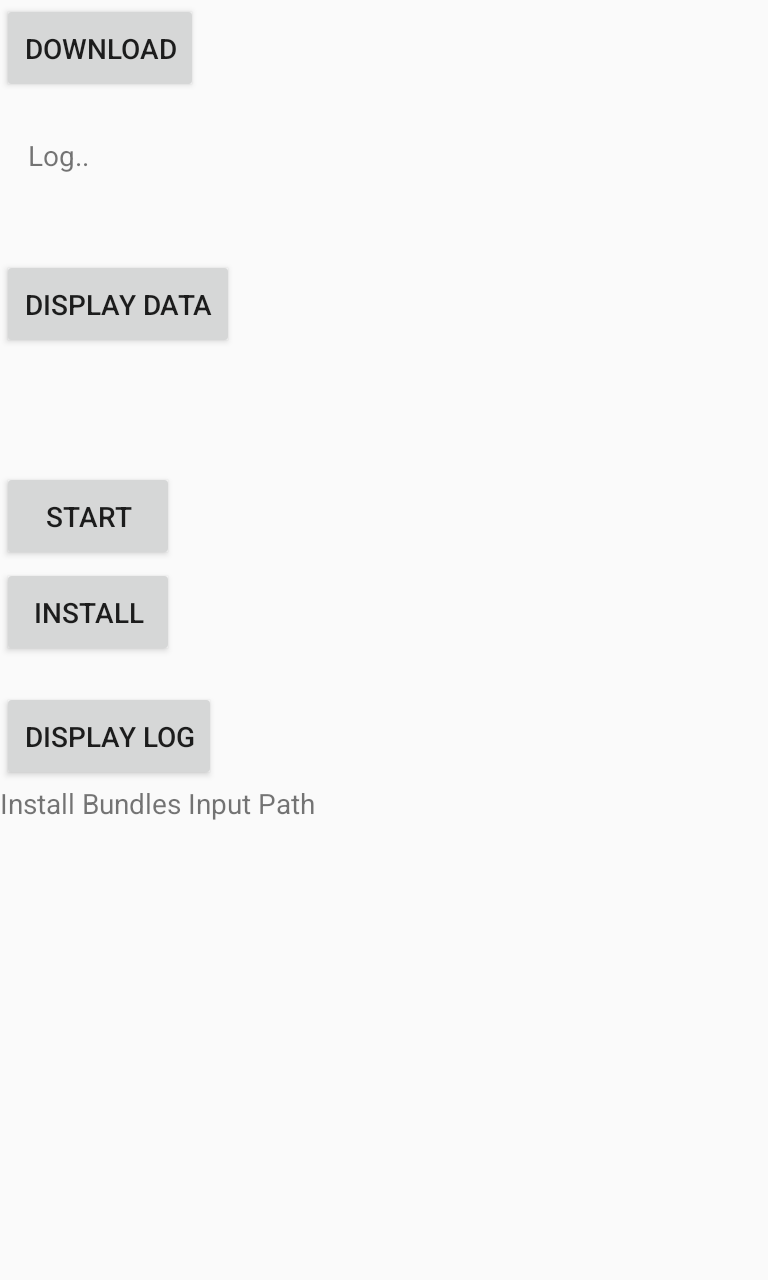
Repository: theodosiac/gyroscope_Rest_Android
Layout: HelloFelix/res/layout/activity_main.xml
These files come from the project's save history. The layout is drawn as it stood at one moment and after the next save; the edit follows.
It is drawn on a 768 x 1280 px phone screen (xhdpi) without system bars, with theme AppTheme; the app's code is not run.

Above is the layout before, as saved 2015-03-25 18:31:32.

### HelloFelix/res/layout/activity_main.xml
<LinearLayout xmlns:android="http://schemas.android.com/apk/res/android"
    xmlns:tools="http://schemas.android.com/tools"
    android:id="@+id/RelativeLayout1"
    android:layout_width="match_parent"
    android:layout_height="match_parent"
    android:orientation="vertical"
    tools:context=".MainActivity" >

    <Button
        android:id="@+id/button5"
        android:layout_width="wrap_content"
        android:layout_height="wrap_content"
        android:onClick="DownloadBundle"
        android:text="Download" />

    <TextView
        android:id="@+id/text_view"
        android:layout_width="wrap_content"
        android:layout_height="wrap_content"
        android:layout_alignParentLeft="true"
        android:layout_alignParentTop="true"
        android:layout_marginLeft="14dp"
        android:layout_marginTop="20dp"
        android:text="Log.." />

    <Button
        android:id="@+id/button1"
        android:layout_width="wrap_content"
        android:layout_height="wrap_content"
        android:layout_alignParentLeft="true"
        android:layout_below="@+id/textView1"
        android:layout_marginTop="41dp"
        android:onClick="displayData"
        android:text="@string/button_displayData" />

    <Button
        android:id="@+id/button4"
        android:layout_width="wrap_content"
        android:layout_height="wrap_content"
        android:layout_marginTop="58dp"
        android:onClick="StartBundles"
        android:text="Start" />

    <Button
        android:id="@+id/button2"
        android:layout_width="wrap_content"
        android:layout_height="wrap_content"
        android:onClick="InstallBundles"
        android:text="@string/installBundles" />

    <Button
        android:id="@+id/button3"
        android:layout_width="wrap_content"
        android:layout_height="wrap_content"
        android:layout_marginTop="14dp"
        android:onClick="displayLog"
        android:text="@string/button_displayLog" />

    <TextView
        android:id="@+id/textView1"
        android:layout_width="wrap_content"
        android:layout_height="wrap_content"
        android:text="Install Bundles Input Path" />

</LinearLayout>

### HelloFelix/res/values/strings.xml
<?xml version="1.0" encoding="utf-8"?>
<resources>

    <string name="app_name" translatable="false">HelloFelix</string>
    <string name="hello_world" translatable="false">Hello world!</string>
    <string name="action_settings" translatable="false">Settings</string>

	<string name="button_displayLog">Display Log</string>
	<string name="button_displayData">Display Data</string>
	<string name="installBundles">Install</string>


	<string name="text_view">TextView</string>


</resources>

Loaded but not shown: HelloFelix/res/values/styles.xml (common file); HelloFelix/res/values-v11/styles.xml (common file); HelloFelix/res/values-v14/styles.xml (common file)

After the next save:
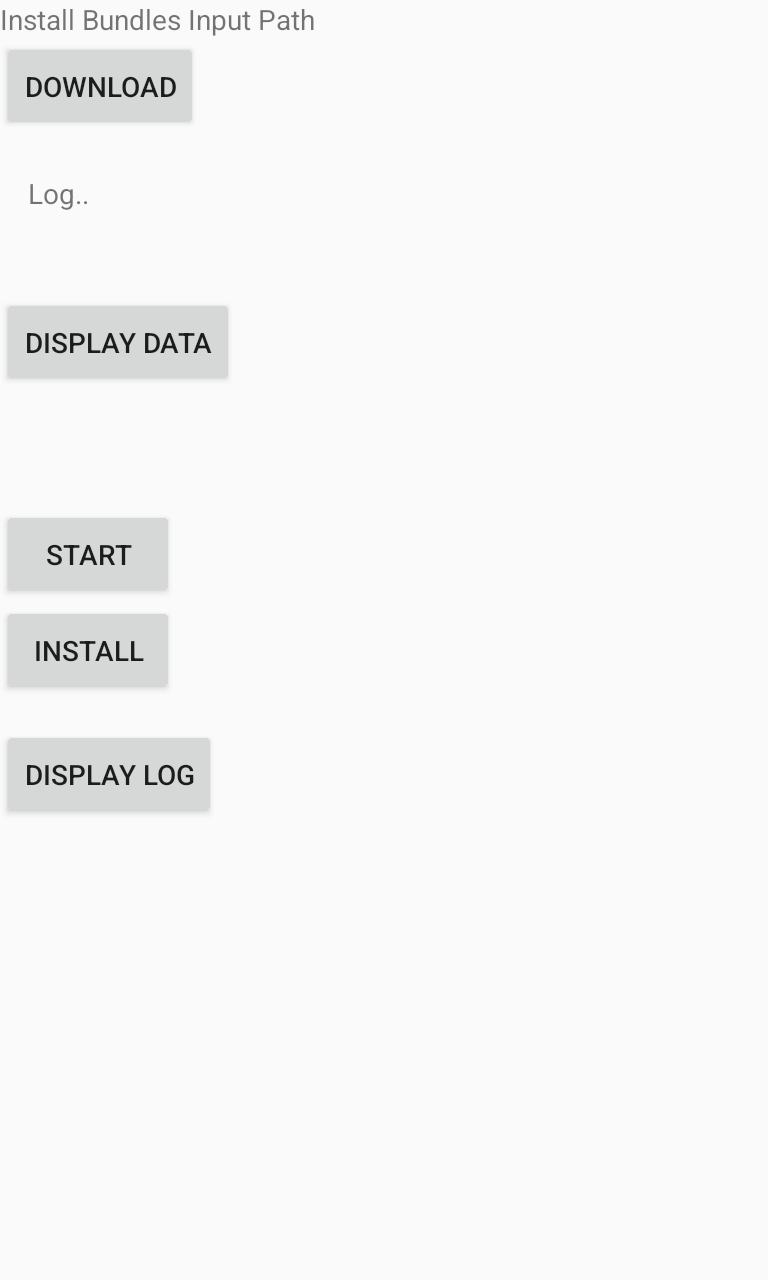
Saved 43 s later.
--- a/HelloFelix/res/layout/activity_main.xml
+++ b/HelloFelix/res/layout/activity_main.xml
@@ -6,13 +6,18 @@
     android:orientation="vertical"
     tools:context=".MainActivity" >
 
+
+    <TextView
+        android:id="@+id/textView1"
+        android:layout_width="wrap_content"
+        android:layout_height="wrap_content"
+        android:text="Install Bundles Input Path" />
     <Button
         android:id="@+id/button5"
         android:layout_width="wrap_content"
         android:layout_height="wrap_content"
         android:onClick="DownloadBundle"
         android:text="Download" />
-
     <TextView
         android:id="@+id/text_view"
         android:layout_width="wrap_content"
@@ -22,7 +27,6 @@
         android:layout_marginLeft="14dp"
         android:layout_marginTop="20dp"
         android:text="Log.." />
-
     <Button
         android:id="@+id/button1"
         android:layout_width="wrap_content"
@@ -32,7 +36,6 @@
         android:layout_marginTop="41dp"
         android:onClick="displayData"
         android:text="@string/button_displayData" />
-
     <Button
         android:id="@+id/button4"
         android:layout_width="wrap_content"
@@ -40,14 +43,12 @@
         android:layout_marginTop="58dp"
         android:onClick="StartBundles"
         android:text="Start" />
-
     <Button
         android:id="@+id/button2"
         android:layout_width="wrap_content"
         android:layout_height="wrap_content"
         android:onClick="InstallBundles"
         android:text="@string/installBundles" />
-
     <Button
         android:id="@+id/button3"
         android:layout_width="wrap_content"
@@ -56,10 +57,5 @@
         android:onClick="displayLog"
         android:text="@string/button_displayLog" />
 
-    <TextView
-        android:id="@+id/textView1"
-        android:layout_width="wrap_content"
-        android:layout_height="wrap_content"
-        android:text="Install Bundles Input Path" />
 
 </LinearLayout>
